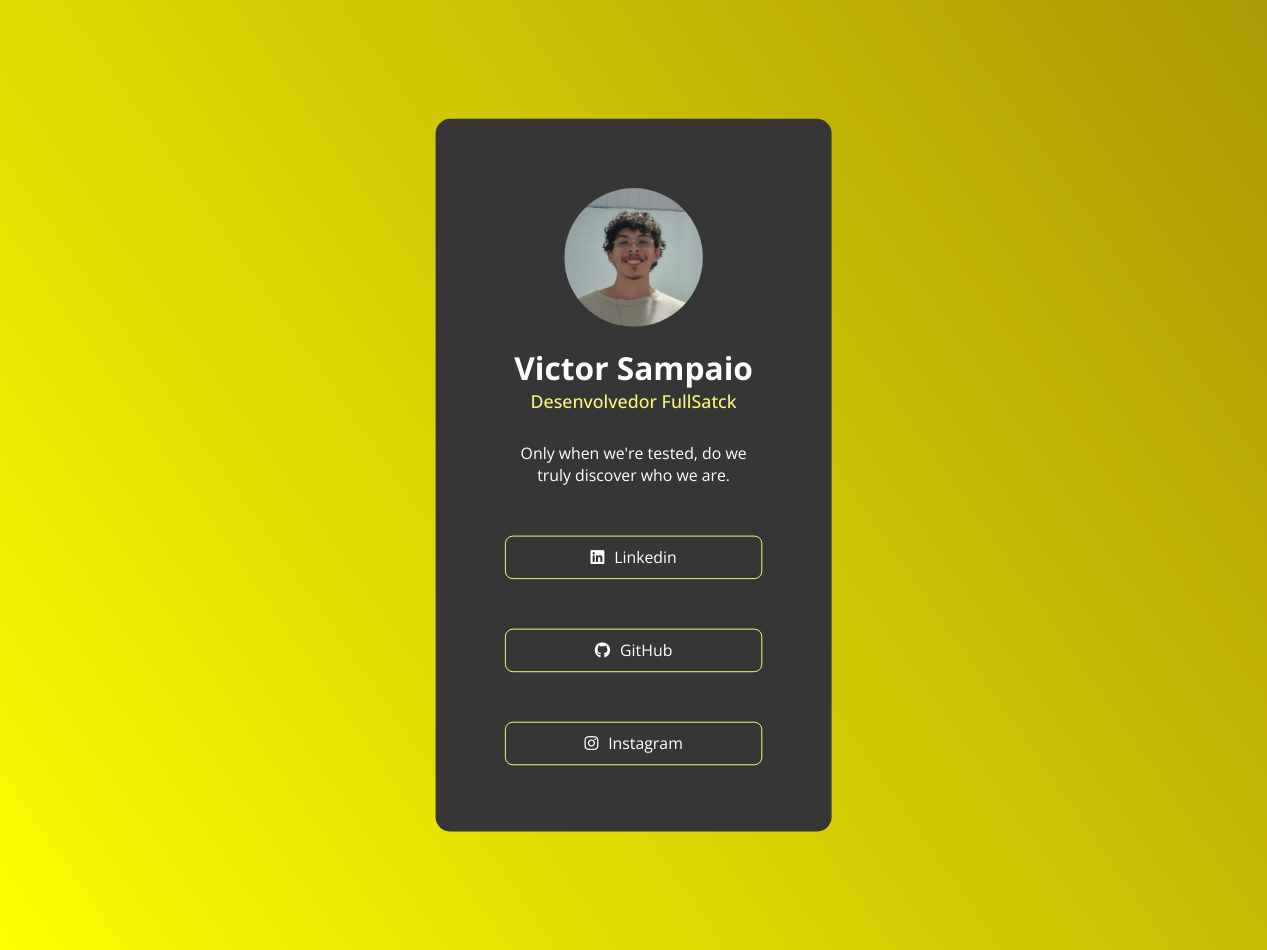
Repository: VictorSampaioDev/linkthree-gt9
Page: index.html
These files come from the project's save history. The page is drawn as it stood at one moment and after the next save; the edit follows.
The browser window is 1280 px wide. The pictures show the whole page, at 99% of full size.

Above is the page before, as saved 2025-04-11 11:38:56.

After the next save:
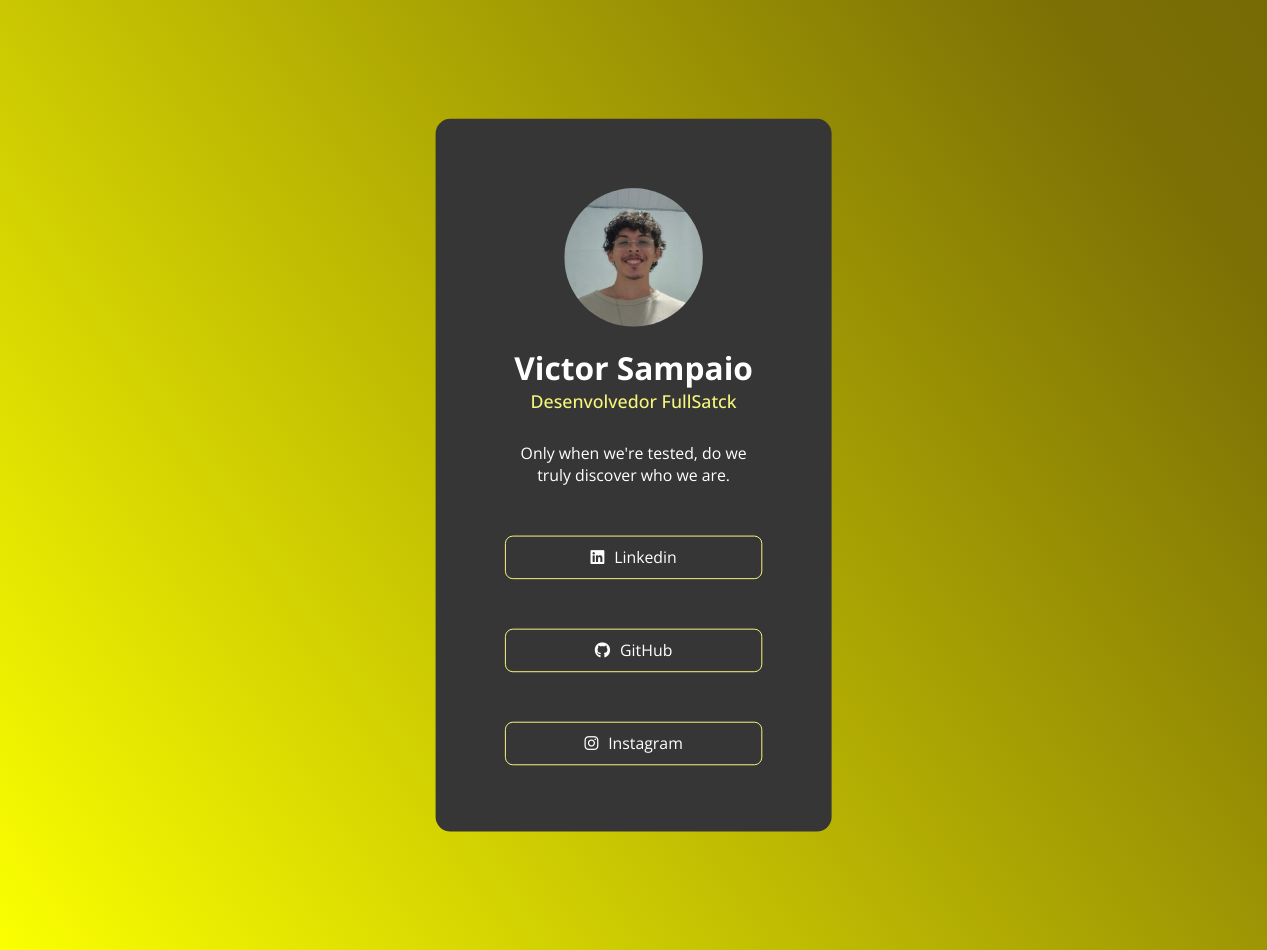
Saved 34 s later.
--- a/style.css
+++ b/style.css
@@ -6,7 +6,7 @@
 }
 body{
     background: #fbff00;
-    background: linear-gradient(55deg, rgba(251, 255, 0, 1) 0%, rgba(181, 163, 5, 1) 30%, rgba(0, 0, 0, 1) 100%);
+    background: linear-gradient(55deg, rgba(251, 255, 0, 1) 0%, rgb(124, 112, 5) 30%, rgba(0, 0, 0, 1) 100%);
     animation: gradientShift 10s ease infinite;
     background-size: 400%;
 
